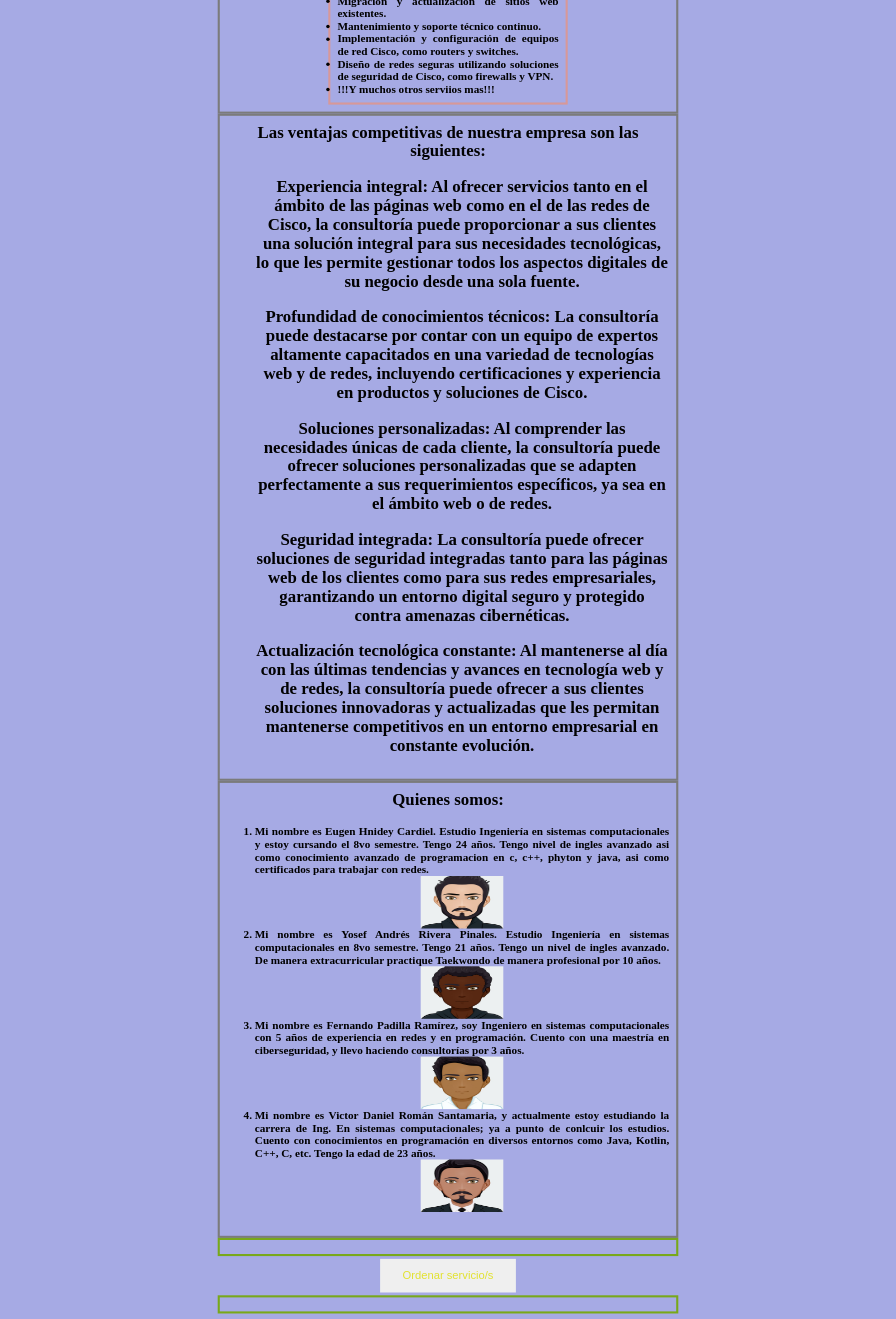
Repository: UVMCoyoacan/VEFY
Page: indexPrincipal.html
An editor plug-in stored every save of this project. The page is shown before and after the next save, followed by the edit.
The browser window is 1280 px wide. The pictures show the part of the page from y = 669 to 2589 px (the page is 2553 px tall before and 2589 px after), at 70% of full size.

Above is the page before, as saved 2024-03-01 11:48:05.

### indexPrincipal.html
<!DOCTYPE html>
<html>

    <head>
        <title> VEFY CONSULTORIA </title>

        <link rel="stylesheet" href="estilo4.css"/>
        <meta charset="UTF-8" />
    </head>
    <body>
        <div style="text-align: center;"><img src = "LogoVefy.jpg" alt = "LogoEmpresaConsul" width = "150" height = "150" aling = "center"></div>

        <h1>
            Somos una consultoría que ofrece servicios tanto relacionados con páginas web como con redes de Cisco, podría ofrecer una amplia gama de soluciones para cubrir las necesidades digitales de sus clientes.
           <br>
        </h1>
        <h2>
            Nuestro lema es "conectando talento, construyendo soluciones".
        </h2>
        <h2>
            Nuestro objetivo es: Proporcionar soluciones innovadoras y personalizadas que impulsen el éxito y el crecimiento de nuestros clientes, aprovechando la experiencia y el compromiso de nuestro equipo multidisciplinario.
        </h2>
        <h2>
            Nuestra empresa brinda los siguientes servicios:
            <ul>
                <li>Desarrollo de sitios web personalizados. </li>
                <li>Diseño web responsivo y adaptativo. </li>
                <li>Optimización para motores de búsqueda (SEO). </li>
                <li>Integración de sistemas de gestión de contenido (CMS) como WordPress, Joomla, etc. </li>
                <li>Desarrollo de tiendas en línea (e-commerce). </li>
                <li>Migración y actualización de sitios web existentes. </li>
                <li>Mantenimiento y soporte técnico continuo. </li>
                <li>Implementación y configuración de equipos de red Cisco, como routers y switches. </li>
                <li>Diseño de redes seguras utilizando soluciones de seguridad de Cisco, como firewalls y VPN. </li>
                <li>!!!Y muchos otros serviios mas!!! </li>
            </ul>
        </h2>
        <h2>
            Las ventajas competitivas de nuestra empresa son las siguientes:

            <ol>Experiencia integral: Al ofrecer servicios tanto en el ámbito de las páginas web como en el de las redes de Cisco, la consultoría puede proporcionar a sus clientes una solución integral para sus necesidades tecnológicas, lo que les permite gestionar todos los aspectos digitales de su negocio desde una sola fuente. </ol>
            <ol>Profundidad de conocimientos técnicos: La consultoría puede destacarse por contar con un equipo de expertos altamente capacitados en una variedad de tecnologías web y de redes, incluyendo certificaciones y experiencia en productos y soluciones de Cisco.</ol>
            <ol>Soluciones personalizadas: Al comprender las necesidades únicas de cada cliente, la consultoría puede ofrecer soluciones personalizadas que se adapten perfectamente a sus requerimientos específicos, ya sea en el ámbito web o de redes.</ol>
           <ol>Seguridad integrada: La consultoría puede ofrecer soluciones de seguridad integradas tanto para las páginas web de los clientes como para sus redes empresariales, garantizando un entorno digital seguro y protegido contra amenazas cibernéticas.</ol>
           <ol>Actualización tecnológica constante: Al mantenerse al día con las últimas tendencias y avances en tecnología web y de redes, la consultoría puede ofrecer a sus clientes soluciones innovadoras y actualizadas que les permitan mantenerse competitivos en un entorno empresarial en constante evolución.</ol>
        </h2>
        <h2>
            Quienes somos:
            <ol>
                <li>Mi nombre es Eugen Hnidey Cardiel. Estudio Ingeniería en sistemas computacionales y estoy cursando el 8vo semestre. Tengo 24 años. Tengo nivel de ingles avanzado asi como conocimiento avanzado de programacion en c, c++, phyton y java, asi como certificados para trabajar con redes.
                    <br>
                    <div style="text-align: center; cursor:pointer;"><img src = "EugenFoto.jpg" alt = "FotoEu" width = "75" height = "75" aling = "center" onclick="redirigirEu()"></div>
                </li>
                <li>Mi nombre es Yosef Andrés Rivera Pinales. Estudio Ingeniería en sistemas computacionales en 8vo semestre. Tengo 21 años. Tengo un nivel de ingles avanzado. De manera extracurricular practique Taekwondo de manera profesional por 10 años.
                    <br>
                    <div style="text-align: center; cursor:pointer;"><img src = "YosefFoto.jpg" alt = "FotoYos" width = "75" height = "75" aling = "center" onclick="redirigirYos()"></div>
                </li>
                <li>Mi nombre es Fernando Padilla Ramírez, soy Ingeniero en sistemas computacionales con 5 años de experiencia en redes y en programación. Cuento con una maestría en ciberseguridad, y llevo haciendo consultorías por 3 años.
                    <br>
                    <div style="text-align: center; cursor:pointer;"><img src = "FerFoto.jpg" alt = "FotoFer" width = "75" height = "75" aling = "center" onclick="redirigirFer()" ></div>
                </li>
                <li>Mi nombre es Victor Daniel Román Santamaria, y actualmente estoy estudiando la carrera de Ing. En sistemas computacionales; ya a punto de conlcuir los estudios. Cuento con conocimientos en programación en diversos entornos como Java, Kotlin, C++, C, etc. Tengo la edad de 23 años.
                    <br>
                    <div style="text-align: center; cursor:pointer;"><img src = "VicFoto.jpg" alt = "FotoVic" width = "75" height = "75" aling = "center" onclick="redirigirVik()"></div>
                </li>
            </ol>
        </h2>

        <p>
            <div>
                <button onclick="redirigirForm()"> Ordenar servicio/s  </button>

               </div>
           </p>
    </body>
    <script src="cod.js">

    </script>
</html>

### estilo4.css
h1{

    color: rgb(0, 0, 0);

    color: black;

    text-align: center;
    font-size:larger;
    margin: auto;
    width: 50%;
    border: 3px solid rgb(141, 172, 132);
    border-style:solid;
    padding: 10px;

}
p{
    color: rgba(21, 21, 21, 0.781);
    text-align:justify;
    font-size:x-large;
    margin: auto;
    width: 50%;
    border: 3px solid rgb(120, 168, 26);
    border-style:solid;
    padding: 10px;
}
li{
    color: rgb(0, 0, 0);
    text-align:justify;
    font-size:medium;
}


ul{
    color: rgba(21, 21, 21, 0.781);
    text-align:center;
    font-size:large;
    margin: auto;
    width: 50%;
    border: 3px solid rgb(216, 152, 152);
    border-style:solid;
    padding: 10px;
}
body{
    background-color: rgb(166, 170, 228);

}


h2{
    color: rgb(2, 2, 2);
    text-align: center;
    font-size:x-large;
    margin: auto;
    width: 50%;
    border: 3px solid rgb(123, 123, 123);
    border-style:solid;
    padding: 10px;
}
img{
    display: block;
    width: 20%;
    margin: auto;
}
footer{
    color: rgb(60, 28, 167);
    background-color: rgb(210, 204, 25);
}
button {
    border: none;
    color: rgb(226, 226, 47);
    padding: 15px 32px;
    text-align: center;
    text-decoration: none;
    display: inline-block;
    font-size: 16px;
    margin: 4px 2px;
    cursor: pointer;
  }
  div{
    text-align: center;
  }
  label{

    color: rgb(0, 0, 0);

    color: black;

    text-align: center;
    font-size:larger;
    margin: auto;
    width: 50%;
    border: 3px solid rgb(126, 221, 100);
    border-style:solid;
    padding: 10px;
  }

### cod.js
function saludo(){
    alert("Hola JS");
}

function numeracion(tope){
for(i=0; i<5; i++){
    alert(i);
}
}

function fondo(){
alert("click");
parrafos=document.getElementsByTagName("p");
parrafos[0].innerHTML="remplazado";
parrafos[1].style="color:red"
lista=document.getElementsByClassName("verde");
lista[0].style="text-align:center; color:blue";
document.getElementById("raro").innerHTML="contenido actual";

}

function NoEstilos(){
    nest=document.styleSheets.length;
    for(i=0;i<nest;i++){
        document.styleSheets[i].disabled=true;
    }


}

function ActivaEstilo(n){
    NoEstilos();
    document.styleSheets[n].disabled=false;

}

function redirigirYos() {
    window.location.href = "./index_Yosef.html";
}

function redirigirVik() {
    window.location.href = './INDEXVIC.html';
}

function redirigirFer() {
    window.location.href = './INDEX_FER.html';
}

function redirigirEu() {
    window.location.href = './Pagina web presentacion Eugen/indexEugen.html';

}
function redirigirForm() {
    window.location.href = './enviadatos.html';

}

### estilo.css
h1{
    color: chocolate;
    text-align: center;
    border-style: mix;
}
p{
    text-align: center;
    color:rebeccapurple;
    border-style: dotted;
}

ol{
    text-align: center;
    color:rgb(0, 0, 0);
    border-style: groove;

}

ul{
    text-align: center;
    color: rgb(0, 0, 0);
    border-style: ridge;
}

h2{
    color: rgb(0, 0, 0) ;
    text-align: center;
    border-style: mix;
}

a{
    text-align: center;
}

body{
    background-color: rgb(226, 171, 75);
}

footer{
    color:beige;
    background-color: blueviolet;
}
button {
    border: none;
    color: rgb(47, 191, 59);
    padding: 15px 32px;
    text-align: center;
    text-decoration: none;
    display: inline-block;
    font-size: 16px;
    margin: 4px 2px;
    cursor: pointer;
  }
  div{
    text-align: center;
  }

### estilo1.css
h1{
    color: chocolate;
    text-align: center;
    border-style: mix;
}
p{
    text-align: center;
    color:rgb(0, 0, 0);
    border-style: dotted;
}

ol{
    text-align: center;
    color:rgb(1, 1, 1);
    border-style: groove;

}

ul{
    text-align: center;
    color: rgb(0, 0, 0);
    border-style: ridge;
}

h2{
    color: rgba(58, 221, 93, 0.98) ;
    text-align:center;
    border-style: mix;
}

a{
    text-align: center;
}

body{
    background-color: rgb(104, 163, 209);
}

footer{
    color:beige;
    background-color: blueviolet;
}
button {
    border: none;
    color: rgb(175, 10, 10);
    padding: 15px 32px;
    text-align: center;
    text-decoration: none;
    display: inline-block;
    font-size: 16px;
    margin: 4px 2px;
    cursor: pointer;
  }
  p{
    text-align: center;
  }

### estilo2.css
h1{
    color: chocolate;
    text-align: center;
    border-style: mix;
}
p{
    text-align: center;
    color:rebeccapurple;
    border-style: dotted;
}

ol{
    text-align: center;
    color:rgb(0, 0, 0);
    border-style: groove;

}

ul{
    text-align: center;
    color: rgb(223, 115, 225);
    border-style: ridge;
}

h2{
    color: rgb(149, 204, 62) ;
    text-align: center;
    border-style: mix;
}

a{
    text-align: center;
}

body{
    background-color: rgb(224, 255, 255);
}

footer{
    color:beige;
    background-color: blueviolet;
}
button {
    border: none;
    color: rgb(32, 202, 69);
    padding: 15px 32px;
    text-align: center;
    text-decoration: none;
    display: inline-block;
    font-size: 16px;
    margin: 4px 2px;
    cursor: pointer;
  }
  div{
    text-align: center;
  }

### estilo3.css
h1{
    color: chocolate;
    text-align: center;
    border-style: mix;
}
p{
    text-align: center;
    color:rebeccapurple;
    border-style: dotted;
}

ol{
    text-align: center;
    color:rgb(20, 24, 25);
    border-style: groove;

}

ul{
    text-align: center;
    color: rgb(233, 104, 130);
    border-style: ridge;
}

h2{
    color: rgb(215, 121, 229) ;
    text-align: center;
    border-style: mix;
}

a{
    text-align: center;
}

body{
    background-color: rgb(224, 255, 255);
}

footer{
    color:beige;
    background-color: blueviolet;
}
button {
    border: none;
    color: rgb(157, 58, 184);
    padding: 15px 32px;
    text-align: center;
    text-decoration: none;
    display: inline-block;
    font-size: 16px;
    margin: 4px 2px;
    cursor: pointer;
  }
  div{
    text-align: center;
  }

After the next save:
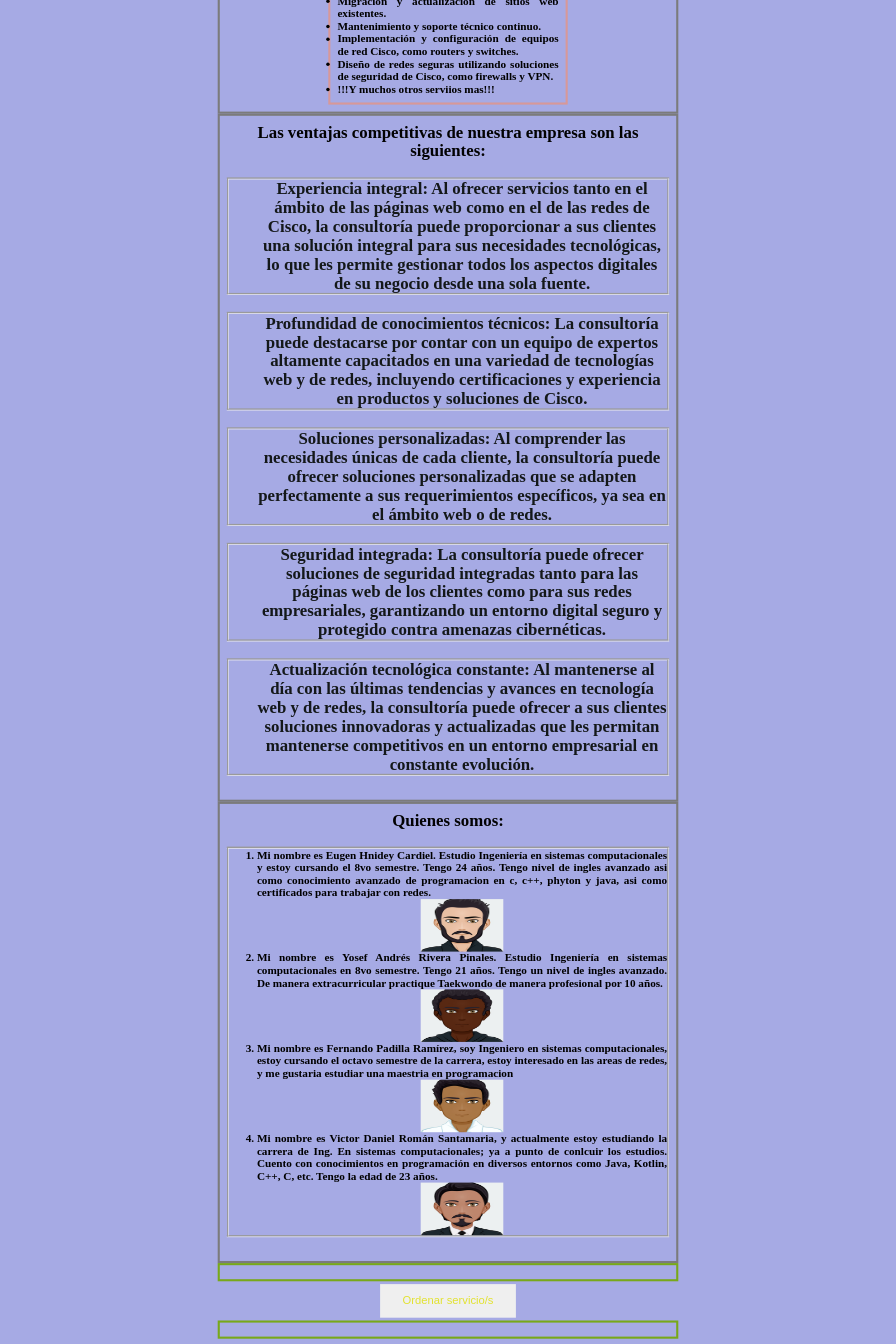
Saved 18 s later.
--- a/indexPrincipal.html
+++ b/indexPrincipal.html
@@ -3,7 +3,10 @@
 
     <head>
         <title> VEFY CONSULTORIA </title>
-
+        <link rel="stylesheet" href="estilo.css"/>
+        <link rel="stylesheet" href="estilo1.css"/>
+        <link rel="stylesheet" href="estilo2.css"/>
+        <link rel="stylesheet" href="estilo3.css"/>
         <link rel="stylesheet" href="estilo4.css"/>
         <meta charset="UTF-8" />
     </head>
@@ -55,8 +58,7 @@
                     <br>
                     <div style="text-align: center; cursor:pointer;"><img src = "YosefFoto.jpg" alt = "FotoYos" width = "75" height = "75" aling = "center" onclick="redirigirYos()"></div>
                 </li>
-                <li>Mi nombre es Fernando Padilla Ramírez, soy Ingeniero en sistemas computacionales con 5 años de experiencia en redes y en programación. Cuento con una maestría en ciberseguridad, y llevo haciendo consultorías por 3 años.
-                    <br>
+                <li>Mi nombre es Fernando Padilla Ramírez, soy Ingeniero en sistemas computacionales, estoy cursando el octavo semestre de la carrera, estoy interesado en las areas de redes, y me gustaria estudiar una maestria en programacion               <br>
                     <div style="text-align: center; cursor:pointer;"><img src = "FerFoto.jpg" alt = "FotoFer" width = "75" height = "75" aling = "center" onclick="redirigirFer()" ></div>
                 </li>
                 <li>Mi nombre es Victor Daniel Román Santamaria, y actualmente estoy estudiando la carrera de Ing. En sistemas computacionales; ya a punto de conlcuir los estudios. Cuento con conocimientos en programación en diversos entornos como Java, Kotlin, C++, C, etc. Tengo la edad de 23 años.
